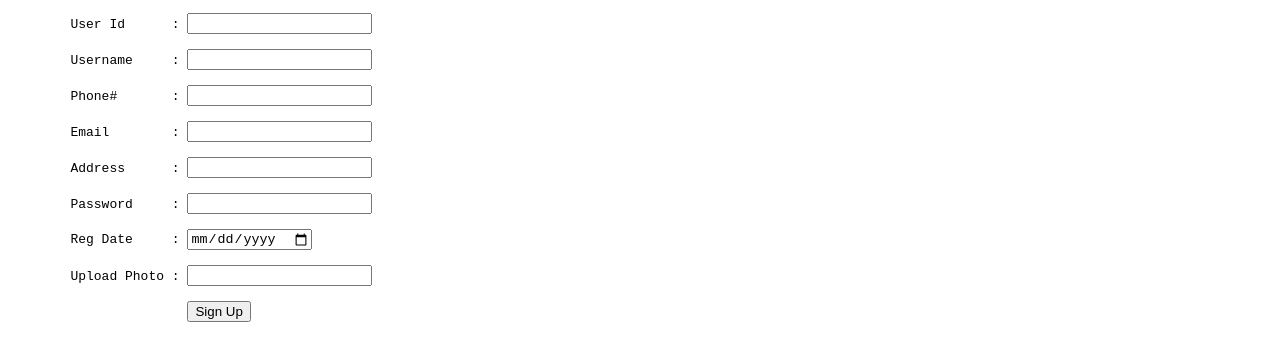
Repository: blackburn99/E-Learning-Project
Page: http://localhost/e-learning-project-frontend/registration.jsp
An editor plug-in stored every save of this project. The page is shown before and after the next save, followed by the edit.
The browser window is 1280 px wide. The pictures show the whole page.
The page is served by Tomcat 9. Other server files are loaded and not shown.

Above is the page before, as saved 2021-08-18 05:14:25.

### e-learning-project-frontend/src/main/webapp/registration.jsp
<%@ page language="java" contentType="text/html; charset=ISO-8859-1"
    pageEncoding="ISO-8859-1"%>
<!DOCTYPE html PUBLIC "-//W3C//DTD HTML 4.01 Transitional//EN" "http://www.w3.org/TR/html4/loose.dtd">
<html>
<head>
<meta http-equiv="Content-Type" content="text/html; charset=ISO-8859-1">
<title>Insert title here</title>
</head>
<body>
	<form action="register" method="POST">
        <pre>
        User Id      : <input type="number" name="id" /><br>
        Username     : <input type="text" name="username" /><br>
        Phone#       : <input type="number" name="phone" /><br>
        Email        : <input type="email" name="email" /><br>
        Address      : <input type="address" name="address" /><br>
        Password     : <input type="password" name="password" /><br>
        Reg Date     : <input type="date" name="reg_date" /><br>
        Upload Photo : <input type="string" name="upload_photo" /><br>
                       <input type="submit" value="Sign Up" /><br>
       </pre>
     </form>
</body>
</html>

After the next save:
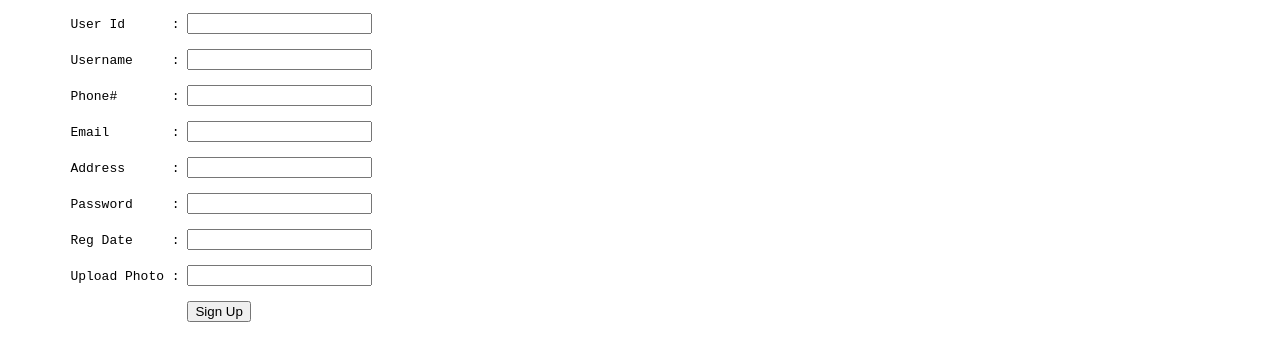
Saved 54 s later.
--- a/e-learning-project-frontend/src/main/webapp/registration.jsp
+++ b/e-learning-project-frontend/src/main/webapp/registration.jsp
@@ -15,7 +15,7 @@
         Email        : <input type="email" name="email" /><br>
         Address      : <input type="address" name="address" /><br>
         Password     : <input type="password" name="password" /><br>
-        Reg Date     : <input type="date" name="reg_date" /><br>
+        Reg Date     : <input type="string" name="reg_date" /><br>
         Upload Photo : <input type="string" name="upload_photo" /><br>
                        <input type="submit" value="Sign Up" /><br>
        </pre>
